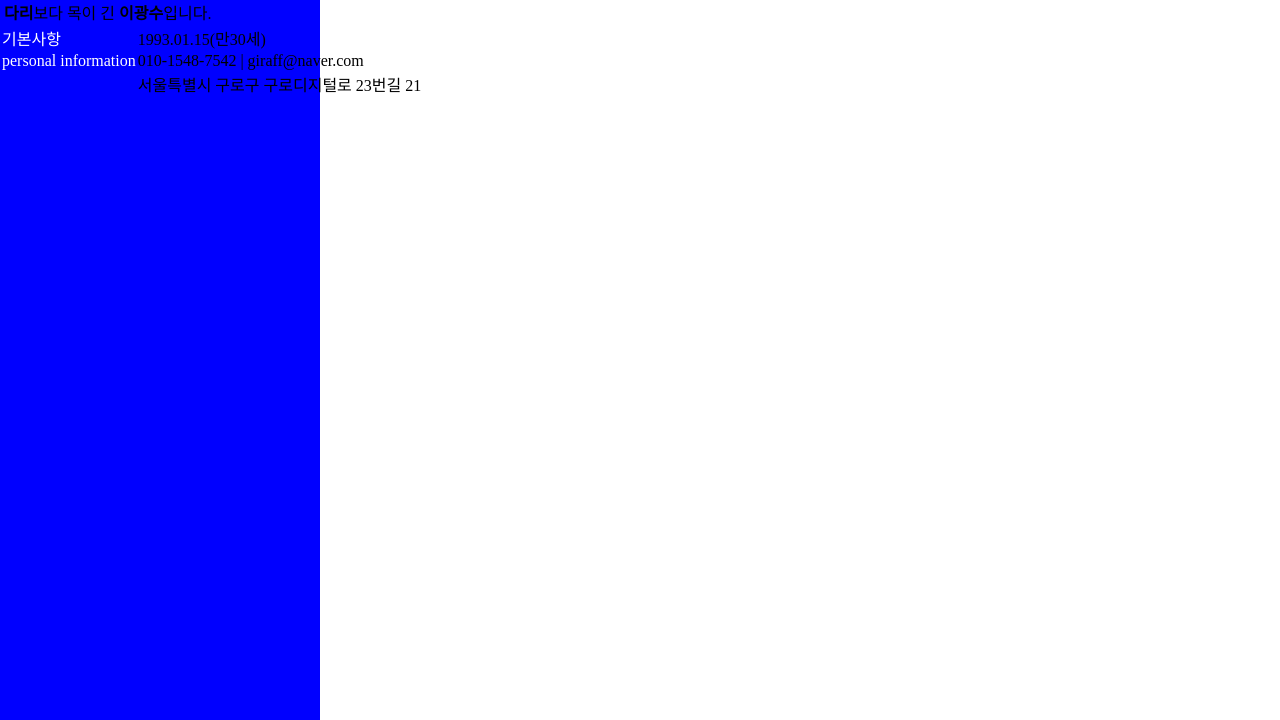
Repository: marudaga/html-css-lecture
Page: work/study/src/main/webapp/htmlEx/ch04/myQuiz2.html
These files come from the project's save history. The page is drawn as it stood at one moment and after the next save; the edit follows.
The browser window is 1280 px wide. The pictures show the whole page.

Above is the page before, as saved 2022-09-07 08:23:32.

After the next save:
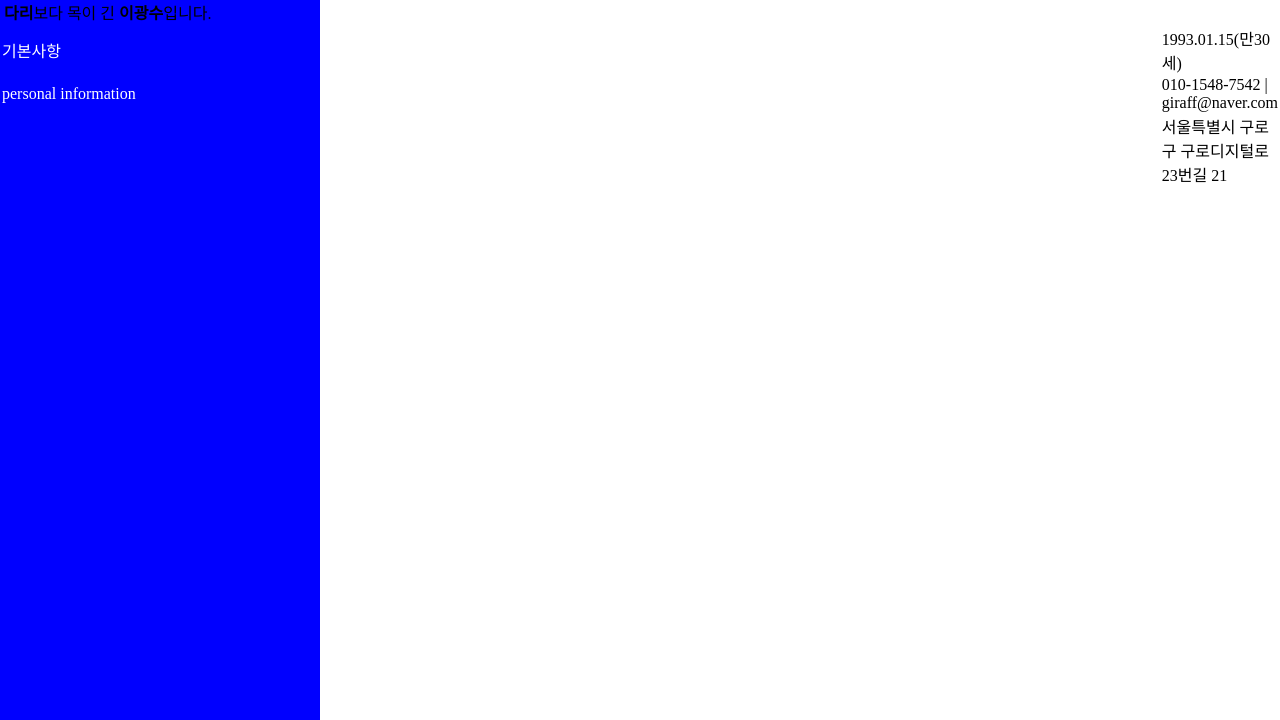
Saved 22 s later.
--- a/work/study/src/main/webapp/htmlEx/ch04/myQuiz2.html
+++ b/work/study/src/main/webapp/htmlEx/ch04/myQuiz2.html
@@ -21,7 +21,7 @@
 	border-bottom: white;
 	border-top: white;
 	color: white;
-	width:25%;
+	width:100%;
 }
 .table
 </style>

After the save that followed:
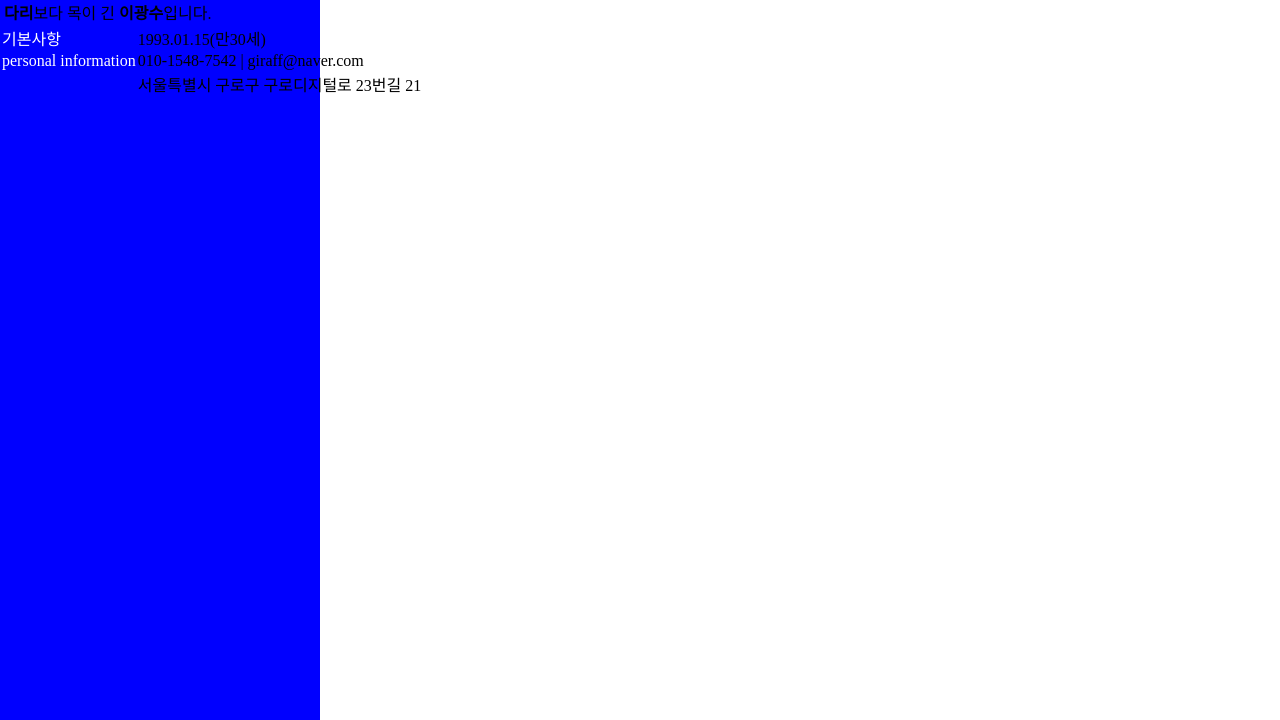
Saved 9 s later.
--- a/work/study/src/main/webapp/htmlEx/ch04/myQuiz2.html
+++ b/work/study/src/main/webapp/htmlEx/ch04/myQuiz2.html
@@ -21,7 +21,7 @@
 	border-bottom: white;
 	border-top: white;
 	color: white;
-	width:100%;
+	width:25%;
 }
 .table
 </style>
